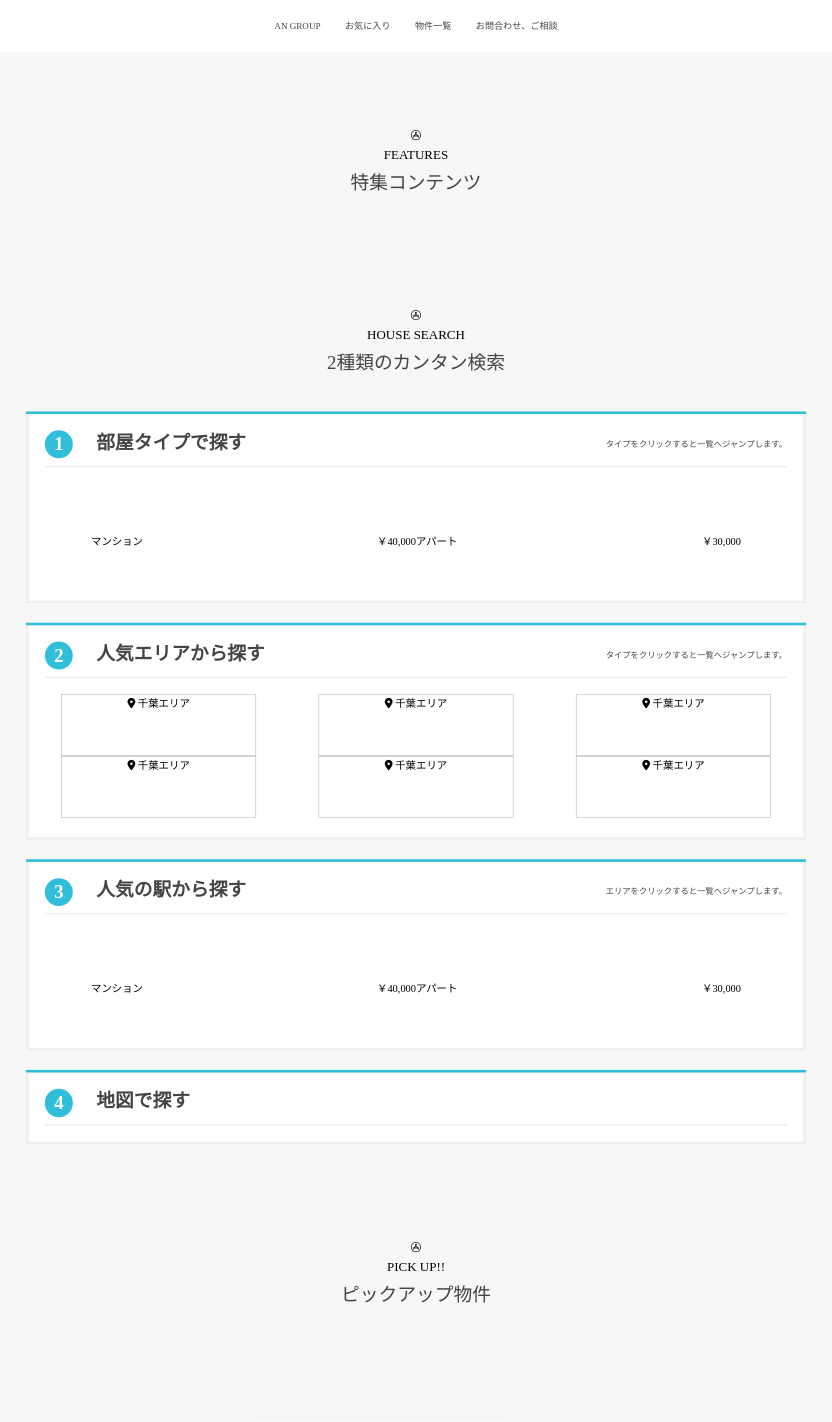
Repository: ninhdavid/real-estate
Page: index.html
The author's editor kept a copy of each file at every save. The page is drawn from the files as they stood at one save, then again after the next save.
The browser window is 1280 px wide. The pictures show the whole page, at 65% of full size.
Some web libraries are served in a nearby version. The style sheet was rebuilt from its Sass, Less or Tailwind sources for each picture, by a compiler version that may differ from the author's.

Above is the page before, as saved 2022-05-12 16:55:44.

### index.html
<!DOCTYPE html>
<html lang="en">

<head>
    <meta charset="UTF-8">
    <meta http-equiv="X-UA-Compatible" content="IE=edge">
    <meta name="viewport" content="width=device-width, initial-scale=1.0">
    <link rel="stylesheet" href="css/main.css">
    <script src="https://kit.fontawesome.com/691ec27588.js" crossorigin="anonymous"></script>
    <title>Document</title>
</head>

<body>
    <div class="main-container">
        <div class="header">
            <div class="img-header"></div>
        </div>
        <div class="main-nav">
            <ul id="nav">
                <li><a class="nav-img" href="#">
                        <!-- <img src="./asset/img/logo/logo-edited.png" alt=""> -->
                        AN GROUP
                    </a></li>
                <li><a href="#">お気に入り</a></li>
                <li><a href="#">物件一覧</a></li>
                <li><a href="#">お問合わせ、ご相談</a></li>
            </ul>
        </div>
        <div class="content">
            <div class="content-section">
                <div class="title-section">
                    <i class="fa-brands fa-app-store"></i>
                    <p>FEATURES</p>
                    <p>特集コンテンツ</p>
                </div>
                <div id="slider"> </div>
            </div>
            <div class="content-section search-section">
                <div class="title-section">
                    <i class="fa-brands fa-app-store"></i>
                    <p>HOUSE SEARCH</p>
                    <p>2種類のカンタン検索</p>
                </div>
                <div class="content-area">
                    <div class="content-box">
                        <div class="title-area">
                            <h3>
                                <span>1</span>
                                部屋タイプで探す
                            </h3>
                            <p>タイプをクリックすると一覧へジャンプします。</p>
                        </div>
                        <div class="type-list">
                            <div class="type-list-des">
                                <div class="list-bg"></div>
                                <p class="list-title">マンション</p>
                                <p class="list-price">￥40,000</p>
                            </div>
                            <div class="type-list-des">
                                <div class="list-bg"></div>
                                <p class="list-title">アパート</p>
                                <p class="list-price">￥30,000</p>
                            </div>
                        </div>
                    </div>
                    <div class="content-box">
                        <div class="title-area">
                            <h3>
                                <span>2</span>
                                人気エリアから探す
                            </h3>
                            <p>タイプをクリックすると一覧へジャンプします。</p>
                        </div>
                        <div class="type-list location-list">
                            <div class="type-list-des location-des">
                                <i class="fa-solid fa-location-dot"></i>
                                <p>千葉エリア</p>
                            </div>
                            <div class="type-list-des location-des">
                                <i class="fa-solid fa-location-dot"></i>
                                <p>千葉エリア</p>
                            </div>
                            <div class="type-list-des location-des">
                                <i class="fa-solid fa-location-dot"></i>
                                <p>千葉エリア</p>
                            </div>
                            <div class="type-list-des location-des">
                                <i class="fa-solid fa-location-dot"></i>
                                <p>千葉エリア</p>
                            </div>
                            <div class="type-list-des location-des">
                                <i class="fa-solid fa-location-dot"></i>
                                <p>千葉エリア</p>
                            </div>
                            <div class="type-list-des location-des">
                                <i class="fa-solid fa-location-dot"></i>
                                <p>千葉エリア</p>
                            </div>
                        </div>
                    </div>
                    <div class="content-box">
                        <div class="title-area">
                            <h3>
                                <span>3</span>
                                人気の駅から探す
                            </h3>
                            <p>エリアをクリックすると一覧へジャンプします。</p>
                        </div>
                        <div class="type-list">
                            <div class="type-list-des">
                                <div class="list-bg"></div>
                                <p class="list-title">マンション</p>
                                <p class="list-price">￥40,000</p>
                            </div>
                            <div class="type-list-des">
                                <div class="list-bg"></div>
                                <p class="list-title">アパート</p>
                                <p class="list-price">￥30,000</p>
                            </div>
                        </div>
                    </div>
                    <div class="content-box">
                        <div class="title-area">
                            <h3>
                                <span>4</span>
                                地図で探す
                            </h3>
                        </div>
                    </div>
                </div>
            </div>
            <div class="content-section">
                <div class="title-section">
                    <i class="fa-brands fa-app-store"></i>
                    <p>PICK UP!!</p>
                    <p>ピックアップ物件</p>
                </div>
                <div></div>
            </div>
        </div>

    </div>



</body>
<script src="asset/java-script/chat-online.js"></script>

</html>

### css/main.scss


*{
    padding: 0;
    margin: 0;
    box-sizing: border-box;
}

.main-nav{
    // height: 85px;
    background-color: #fff;
    width: 100%;
    z-index:10;
    height: 5em;
    text-align: center;
}
#nav{
    display:inline-block;
}
#nav,
.subnav {
    list-style-type: none;
}
#nav > li{
    display:inline-block;
}
#nav  li{
    position: relative;
    top:11px;
}
#nav li a{
    display: block;
    text-decoration: none;
    line-height: 24px;
    font-size: 14px;
    padding: 1.2em;
}
#nav>li>a{
    color: rgb(68,68,68);
    text-transform: uppercase;
}
// .nav-img{
//     background-image: url("/asset/img/logo/logo-edited.png");
//     height:80px;
//     width: 100px;
//     padding: 5px 0;
//     background-position: center; /* Center the image */
//     background-repeat: no-repeat; /* Do not repeat the image */
//     background-size: cover;
// }
.content{
    background-color: #f7f7f7;
    padding: 60px 5px;
}
.content-section{
    display: block;
    text-align: center;
    padding:60px 0;
}
.title-section{

}
.search-section{

}
.title-section i {

}
.tittle-section p{
    font-weight: bold;
}
.title-section>p:nth-of-type(1){
    font-size: 1.25em;
    line-height: 1;
    padding: 10px 0;
}
.title-section p:nth-of-type(2){
    font-size: 1.8em;
    // font-size: 32px;
    color: #444444;
    padding-bottom: 2em;
}
.content-area{
    width: 1200px;
    margin: 0 auto;
}

.content-box{
    // display:relative;
    width: 100%;
    padding: 25px;
    border: 4px solid #eeeeee;
    position: relative;
    margin-bottom:30px;
    background-color: #fff;
}
.content-box:before{
    content: "";
    display: block;
    position: absolute;
    left: -4px;
    top: -4px;
    width: calc(100% + 8px);
    height: 4px;
    background-color: #30bedb;
}
.content-box p {
    display: inline-block;
}
.title-area{
    display:flex;
    justify-content:space-between;
    // font-size: 1.8em;
    line-height: 1.2;
    text-align: center;
    align-items:center;
    padding-bottom: 0.7em;
    border-bottom: 2px solid #eeeeee;
}
.title-area h3{
    font-size: 1.8em;
    color: #444444;
}
.title-area>h3>span{
    width: 1.5em;
    line-height: 1.5em;
    background-color: #30bedb;
    color: #fff;
    display:inline-block;
    vertical-align: middle;
    margin-right: 1em;
    // font-size: 1.6428571429em;
    // font-size: 1.17em;
    font-weight: bold;
    text-align: center;
    border-radius: 50% 50% 50% 50%;
}
.title-area>p{
    font-size: 0.8em;
    color: #444444;
}
.type-list{
    padding: 25px 25px 5px 25px;
    display:flex;
    flex-wrap: wrap;
    flex-direction:row;
    justify-content: center;
}
.type-list-des{
    width: 500px;
    height:150px;
    position: relative;
}
.list-bg{
    position: absolute;
    background: no-repeat center center / cover;
    transition: all 0.3s ease;
    background-color: red;
}
.list-title{
    position:absolute;
    left: 0;
    top: 50%;
}
.list-price{
    position:absolute;
    right: 0;
    top: 50%;
}
.location-list{
    display: flex;
    justify-content:space-between;
}
.location-des{
    border:1px solid #bbbbbb;
    height:95px;
    width:300px;
}

Loaded but not shown: asset/java-script/chat-online.js (no stored copy; drawn as an empty file)

After the next save:
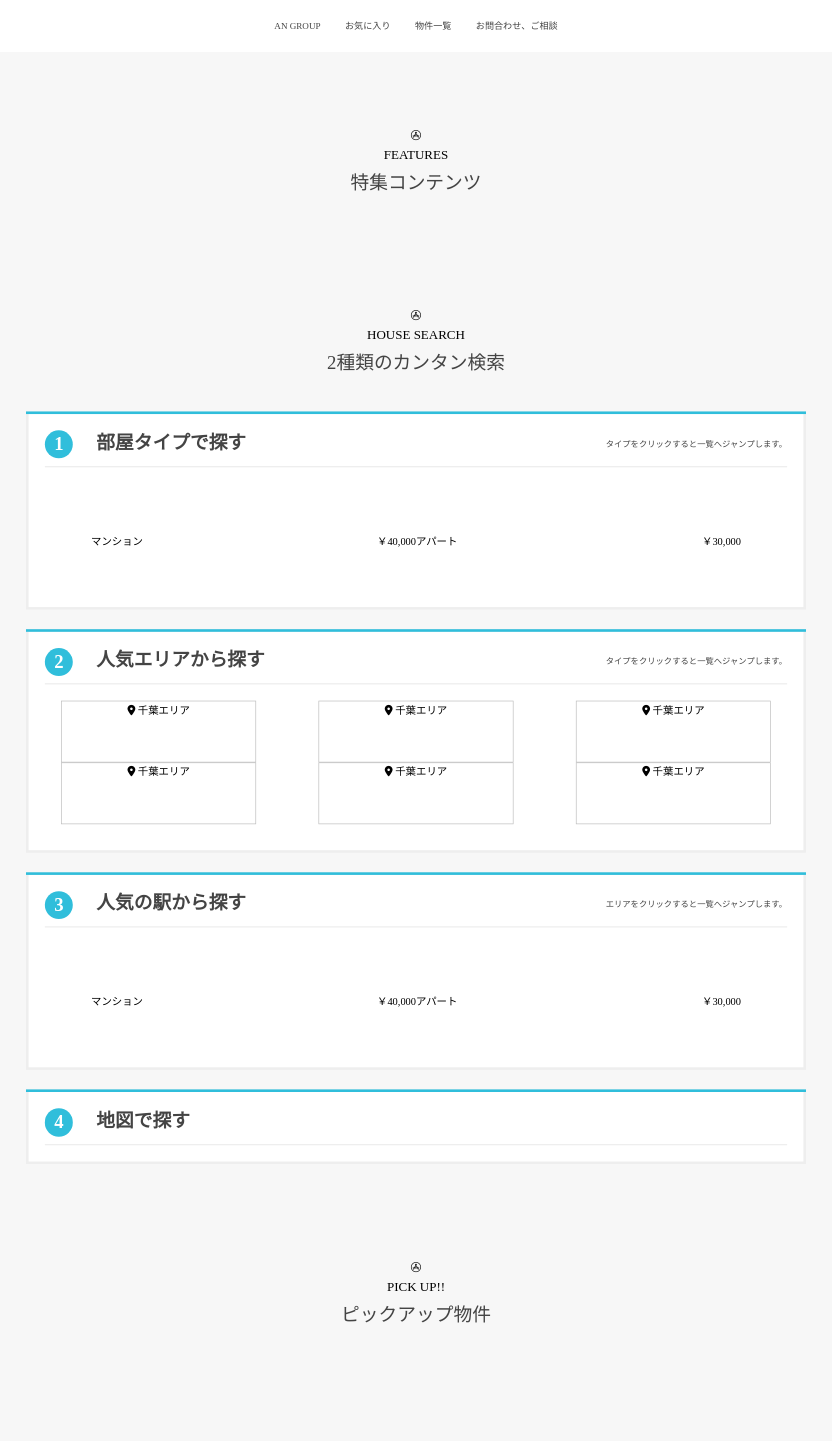
Saved 6 s later.
--- a/css/main.scss
+++ b/css/main.scss
@@ -140,7 +140,7 @@
     color: #444444;
 }
 .type-list{
-    padding: 25px 25px 5px 25px;
+    padding: 25px 25px 15px 25px;
     display:flex;
     flex-wrap: wrap;
     flex-direction:row;
